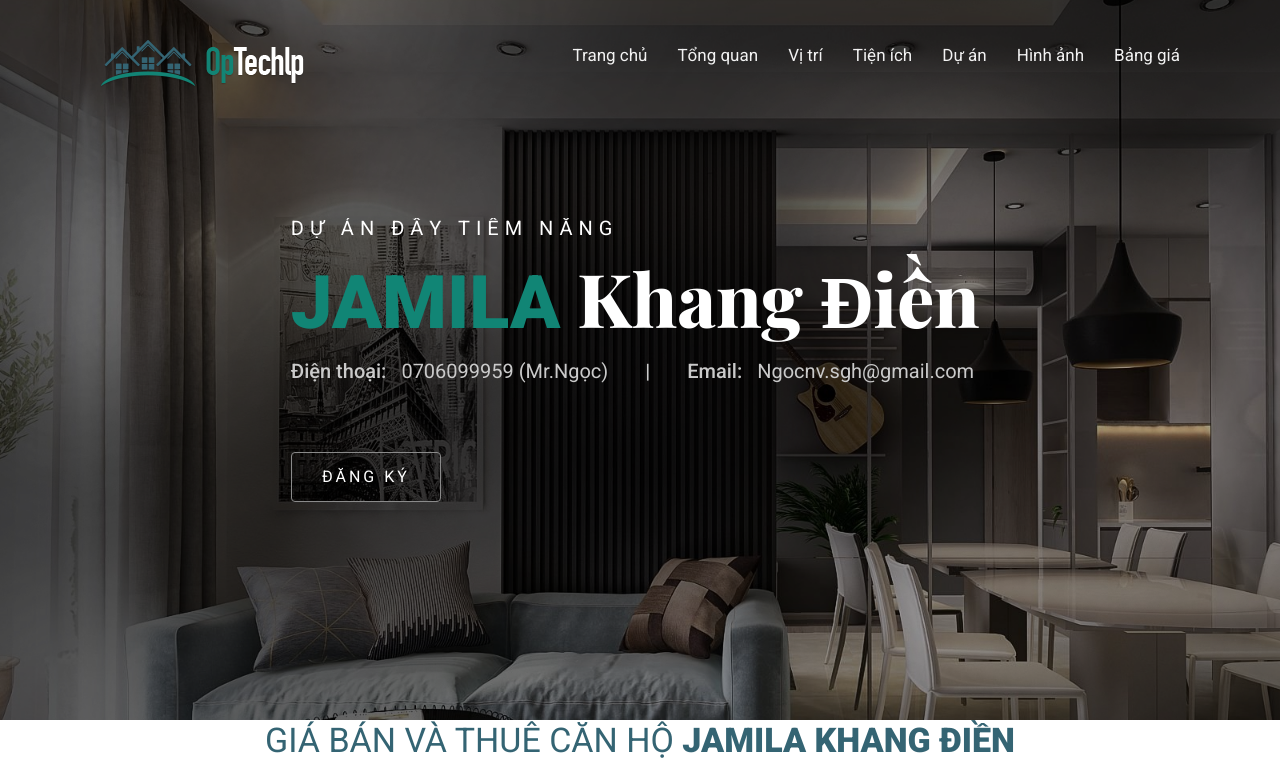
Repository: phunobi1807/Myweb
Page: index.html
An editor plug-in stored every save of this project. The page is shown before and after a run of saves, followed by the edit.
The browser window is 1280 px wide. The pictures show the whole page.
Some web fonts or font styles are not loaded; a fallback is used.

Above is the page before, as saved 2021-05-14 11:13:58.

After the next 3 saves:
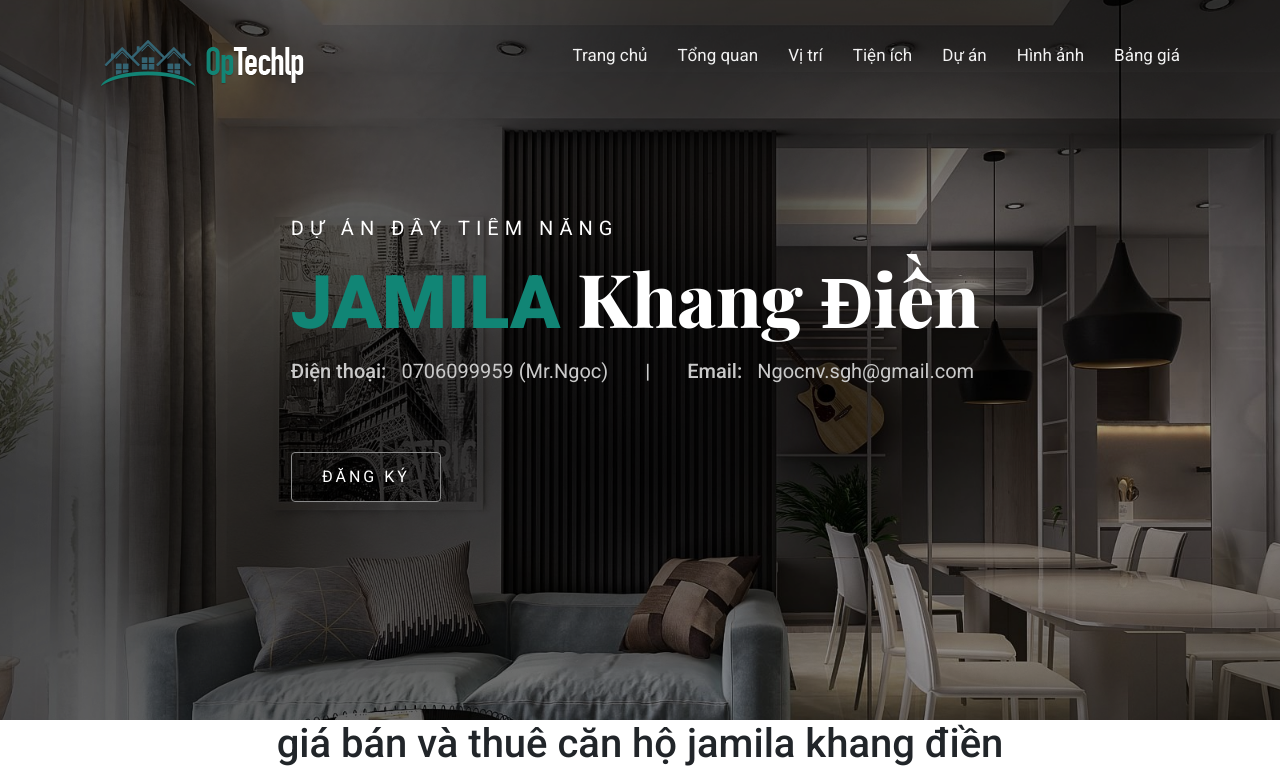
The 3 saves are shown as one change because they came seconds apart.
The last was saved 13 s later.
--- a/css/style.css
+++ b/css/style.css
@@ -154,14 +154,14 @@
     }
     /* giá bán căn hộ trong bảng  */
 
-    .price-apartment h1 {
+    .price-apartment p {
         font-size: 34px;
         text-transform: uppercase;
         font-weight: 400;
         color: #346473;
     }
 
-    .price-apartment h1 span {
+    .price-apartment p span {
         font-weight: 900;
     }
     /* end giá bán căn hộ trong bảng  */
